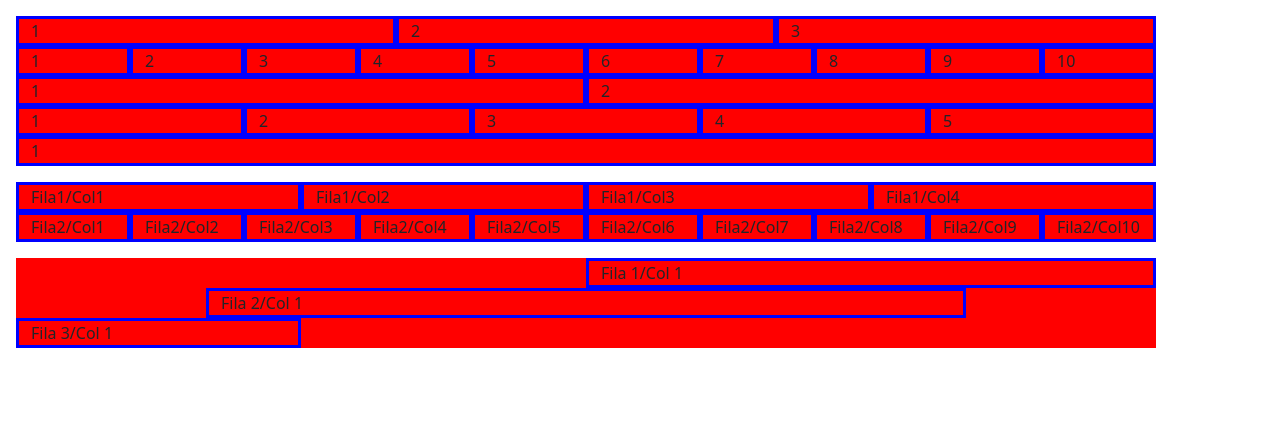
Repository: alexvl06/alexvl06.github.io
Page: index.html
An editor plug-in stored every save of this project. The page is shown before and after the next save, followed by the edit.
The browser window is 1280 px wide. The pictures show the whole page.

Above is the page before, as saved 2022-07-11 08:42:28.

### index.html
<!DOCTYPE html>
<html lang="en">
  <head>
    <meta charset="utf-8" />
    <meta name="viewport" content="width=device-width, initial-scale=1" />
    <title>Bootstrap demo</title>
    <link
      href="https://cdn.jsdelivr.net/npm/bootstrap@5.2.0-beta1/dist/css/bootstrap.min.css"
      rel="stylesheet"
      integrity="sha384-0evHe/X+R7YkIZDRvuzKMRqM+OrBnVFBL6DOitfPri4tjfHxaWutUpFmBp4vmVor"
      crossorigin="anonymous"
    />
    <link rel="stylesheet" href="index.css">
  </head>
  <body>
    <div class="container m-3" style="background: red">
      <div class="row">
        <div class="col" style="border: solid blue">1</div>
        <div class="col" style="border: solid blue">2</div>
        <div class="col" style="border: solid blue">3</div>
      </div>
      <div class="row">
        <div class="col" style="border: solid blue">1</div>
        <div class="col" style="border: solid blue">2</div>
        <div class="col" style="border: solid blue">3</div>
        <div class="col" style="border: solid blue">4</div>
        <div class="col" style="border: solid blue">5</div>
        <div class="col" style="border: solid blue">6</div>
        <div class="col" style="border: solid blue">7</div>
        <div class="col" style="border: solid blue">8</div>
        <div class="col" style="border: solid blue">9</div>
        <div class="col" style="border: solid blue">10</div>
      </div>
      <div class="row">
        <div class="col" style="border: solid blue">1</div>
        <div class="col" style="border: solid blue">2</div>
      </div>
      <div class="row">
        <div class="col" style="border: solid blue">1</div>
        <div class="col" style="border: solid blue">2</div>
        <div class="col" style="border: solid blue">3</div>
        <div class="col" style="border: solid blue">4</div>
        <div class="col" style="border: solid blue">5</div>
      </div>
      <div class="row">
        <div class="col" style="border: solid blue ;">1</div>
      </div>
    </div>

    <div class="container m-3" style="background: red;">
      <div class="row">
        <div class="col-6 col-md-3" style="border: solid blue;">Fila1/Col1</div>
        <div class="col-6 col-md-3" style="border: solid blue;">Fila1/Col2</div>
        <div class="col-6 col-md-3" style="border: solid blue;">Fila1/Col3</div>
        <div class="col-6 col-md-3" style="border: solid blue;">Fila1/Col4</div>
      </div>
      <div class="row">
        <div class="col-12 col-md-6 col-lg" style="border: solid blue;">Fila2/Col1</div>
        <div class="col-12 col-md-6 col-lg" style="border: solid blue;">Fila2/Col2</div>
        <div class="col-12 col-md-6 col-lg" style="border: solid blue;">Fila2/Col3</div>
        <div class="col-12 col-md-6 col-lg" style="border: solid blue;">Fila2/Col4</div>
        <div class="col-12 col-md-6 col-lg" style="border: solid blue;">Fila2/Col5</div>
        <div class="col-12 col-md-6 col-lg" style="border: solid blue;">Fila2/Col6</div>
        <div class="col-12 col-md-6 col-lg" style="border: solid blue;">Fila2/Col7</div>
        <div class="col-12 col-md-6 col-lg" style="border: solid blue;">Fila2/Col8</div>
        <div class="col-12 col-md-6 col-lg" style="border: solid blue;">Fila2/Col9</div>
        <div class="col-12 col-md-6 col-lg" style="border: solid blue;">Fila2/Col10</div>
      </div>
    </div>

    <div class="container m-3" style="background: red;">
      <div class="row">
        <div class="col-12 col-md-6 offset-md-6" style="border: solid blue">Fila 1/Col 1</div>
      </div>
      <div class="row">
        <div class="col-8 offset-md-2" style="border: solid blue">Fila 2/Col 1</div>
      </div>
      <div class="row">
        <div class="col-3 offset-9 offset-md-0" style="border: solid blue">Fila 3/Col 1</div></div>
    </div>

    <footer id="footer">
      <div class="container">
        <div class="row">

        </div>
      </div>
    </footer>
    <script
      src="https://cdn.jsdelivr.net/npm/bootstrap@5.2.0-beta1/dist/js/bootstrap.bundle.min.js"
      integrity="sha384-pprn3073KE6tl6bjs2QrFaJGz5/SUsLqktiwsUTF55Jfv3qYSDhgCecCxMW52nD2"
      crossorigin="anonymous"
    ></script>
  </body>
</html>

### index.css
#footer{
  background: linear-gradient(90deg, #1c3643, #273b47 25%, #1e5372)
}

After the next save:
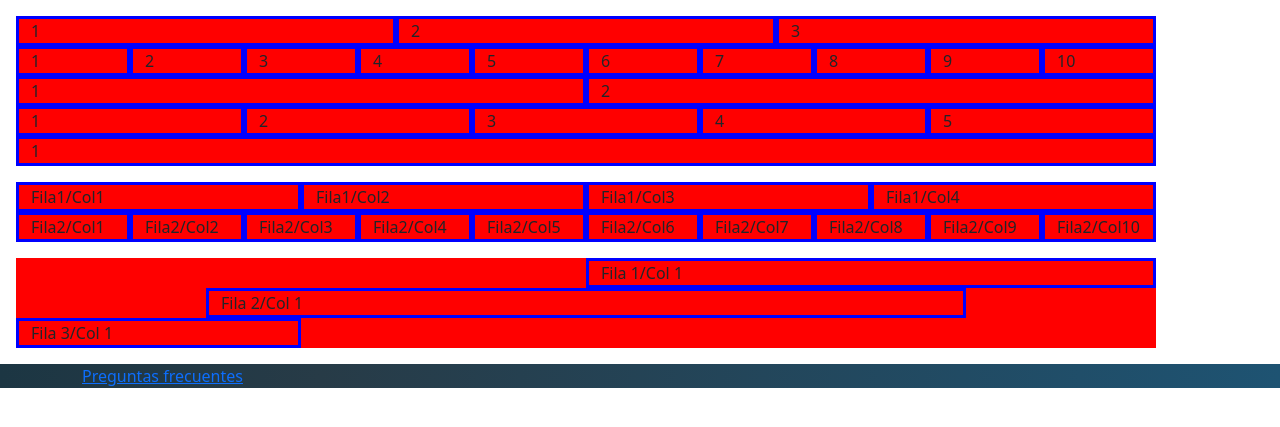
Saved 62 s later.
--- a/index.html
+++ b/index.html
@@ -82,7 +82,9 @@
     <footer id="footer">
       <div class="container">
         <div class="row">
-
+          <div class="col">
+            <a href="#">Preguntas frecuentes</a>
+          </div>
         </div>
       </div>
     </footer>
